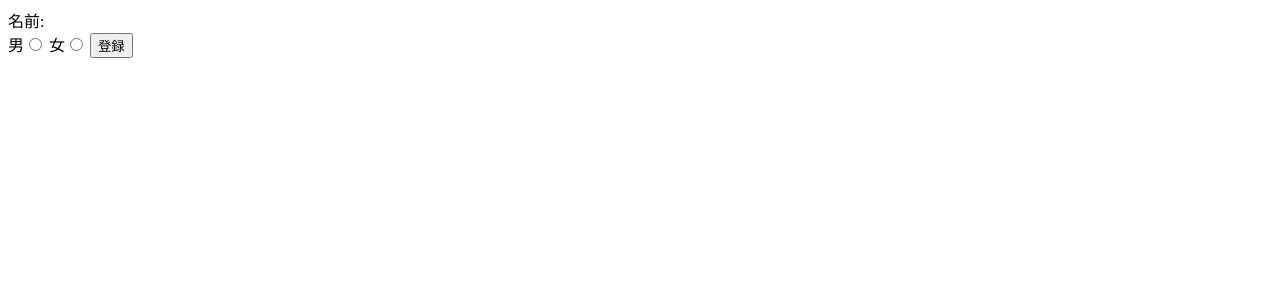
Repository: koya-hikigi/Servlet-JSP
Page: http://localhost/example/formSample.jsp
An editor plug-in stored every save of this project. The page is shown before and after the next save, followed by the edit.
The browser window is 1280 px wide. The pictures show the whole page.
The page is served by Tomcat 9. Other server files are loaded and not shown.

Above is the page before, as saved 2021-03-28 08:12:43.

### example/WebContent/formSample.jsp
<%@ page language="java" contentType="text/html; charset=UTF-8"
    pageEncoding="UTF-8"%>
<!DOCTYPE html>
<html>
<head>
<meta charset="UTF-8">
<title>ユーザー登録もどき</title>
</head>
<body>
<form action="/example/FormSampleServlet" method="post">
名前:<br>
男<input type="radio" name="gender" value="0">
女<input type="radio" name="gender" value="1">
<input type="submit" value="登録">
</form>
</body>
</html>

After the next save:
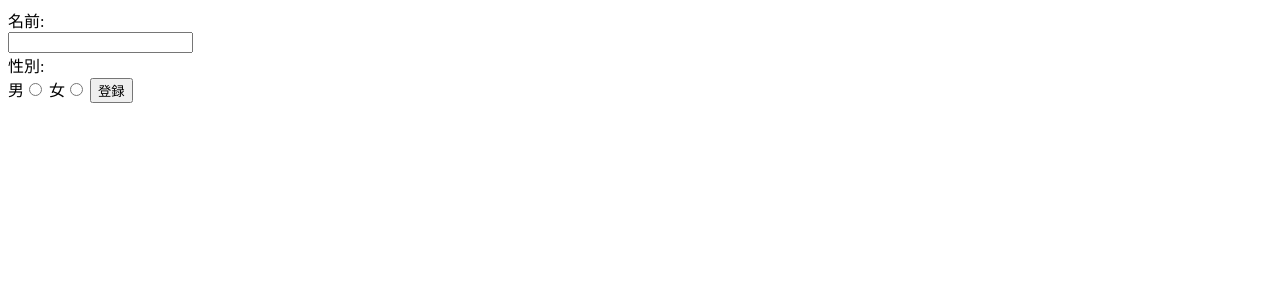
Saved 7 min 12 s later.
--- a/example/WebContent/formSample.jsp
+++ b/example/WebContent/formSample.jsp
@@ -9,6 +9,8 @@
 <body>
 <form action="/example/FormSampleServlet" method="post">
 名前:<br>
+<input type="text" name="name"><br>
+性別:<br>
 男<input type="radio" name="gender" value="0">
 女<input type="radio" name="gender" value="1">
 <input type="submit" value="登録">
